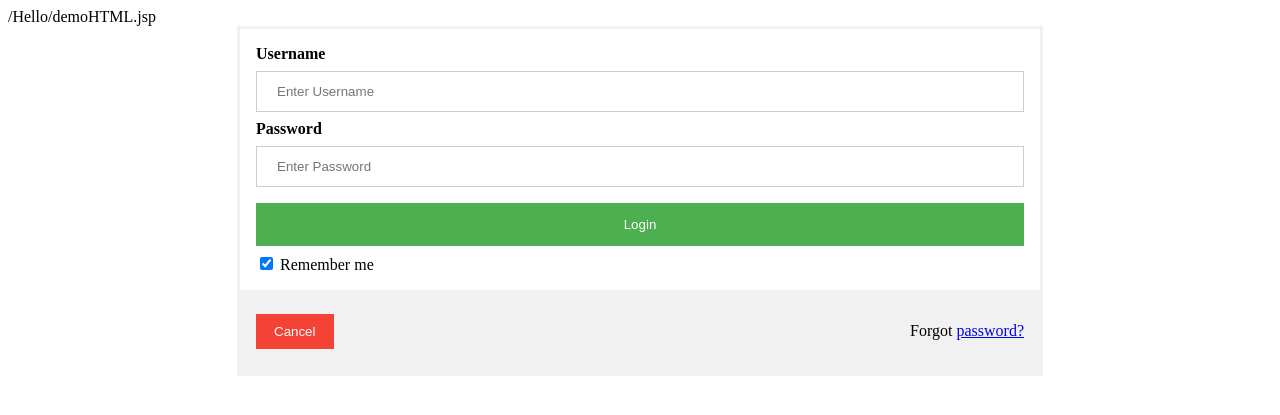
Repository: daihieptn97/JSP
Page: http://localhost/Hello/demo
The author's editor kept a copy of each file at every save. The page is drawn from the files as they stood at one save, then again after the next save.
The browser window is 1280 px wide. The pictures show the whole page.
The page is served by Tomcat 9. Other server files are loaded and not shown.

Above is the page before, as saved 2019-08-22 13:53:35.

### Hello/WebContent/demoHTML.jsp
<%@ page language="java" contentType="text/html; charset=UTF-8"
	pageEncoding="UTF-8"%>
<!DOCTYPE html>
<html>
<head>
<meta charset="UTF-8">
<title>Insert title here</title>
<style>
/* Bordered form */
form {
  border: 3px solid #f1f1f1;
}

/* Full-width inputs */
input[type=text], input[type=password] {
  width: 100%;
  padding: 12px 20px;
  margin: 8px 0;
  display: inline-block;
  border: 1px solid #ccc;
  box-sizing: border-box;
}

/* Set a style for all buttons */
button {
  background-color: #4CAF50;
  color: white;
  padding: 14px 20px;
  margin: 8px 0;
  border: none;
  cursor: pointer;
  width: 100%;
}

/* Add a hover effect for buttons */
button:hover {
  opacity: 0.8;
}

/* Extra style for the cancel button (red) */
.cancelbtn {
  width: auto;
  padding: 10px 18px;
  background-color: #f44336;
}

/* Center the avatar image inside this container */
.imgcontainer {
  text-align: center;
  margin: 24px 0 12px 0;
}

/* Avatar image */
img.avatar {
  width: 40%;
  border-radius: 50%;
}

/* Add padding to containers */
.container {
  padding: 16px;
}

/* The "Forgot password" text */
span.psw {
  float: right;
  padding-top: 16px;
}

/* Change styles for span and cancel button on extra small screens */
@media screen and (max-width: 300px) {
  span.psw {
    display: block;
    float: none;
  }
  .cancelbtn {
    width: 100%;
  }
}
</style>
</head>

<body>
	<%= request.getRequestURI() %>
	<form action="Demo" style="width: 800px; margin: auto">
		  <div class="container">
		    <label for="uname"><b>Username</b></label>
		    <input type="text" placeholder="Enter Username" name="uname" required>

		    <label for="psw"><b>Password</b></label>
		    <input type="password" placeholder="Enter Password" name="psw" required>

		    <button type="submit">Login</button>
		    <label>
		      <input type="checkbox" checked="checked" name="remember"> Remember me
		    </label>
		  </div>

		  <div class="container" style="background-color:#f1f1f1">
		    <button type="button" class="cancelbtn">Cancel</button>
		    <span class="psw">Forgot <a href="#">password?</a></span>
		  </div>
	</form>

</body>

</html>

### Hello/src/com/servelet/Demo.java
package com.servelet;

import java.io.IOException;

import javax.servlet.RequestDispatcher;
import javax.servlet.ServletConfig;
import javax.servlet.ServletException;
import javax.servlet.annotation.WebServlet;
import javax.servlet.http.HttpServlet;
import javax.servlet.http.HttpServletRequest;
import javax.servlet.http.HttpServletResponse;

/**
 * Servlet implementation class Demo
 */
@WebServlet("/Demo")
public class Demo extends HttpServlet {
	private static final long serialVersionUID = 1L;

	/**
	 * @see HttpServlet#HttpServlet()
	 */
	public Demo() {
		super();
		// TODO Auto-generated constructor stub
	}

	/**
	 * @see Servlet#init(ServletConfig)
	 */
	public void init(ServletConfig config) throws ServletException {
		// TODO Auto-generated method stub
	}

	/**
	 * @see Servlet#destroy()
	 */
	public void destroy() {
		// TODO Auto-generated method stub
	}

	/**
	 * @see Servlet#getServletInfo()
	 */
	public String getServletInfo() {
		// TODO Auto-generated method stub
		return null;
	}

	/**
	 * @see HttpServlet#doGet(HttpServletRequest request, HttpServletResponse
	 *      response)
	 */
	protected void doGet(HttpServletRequest request, HttpServletResponse response)
			throws ServletException, IOException {
		// TODO Auto-generated method stub
		String products = "hahahaah";
		request.setAttribute("products", products);
		RequestDispatcher rq = request.getRequestDispatcher("demoHTML.jsp");
		rq.forward(request, response);

//		response.getWriter().append("Served at: ").append(request.getContextPath());
	}

	/**
	 * @see HttpServlet#doPost(HttpServletRequest request, HttpServletResponse
	 *      response)
	 */
	protected void doPost(HttpServletRequest request, HttpServletResponse response)
			throws ServletException, IOException {
		// TODO Auto-generated method stub
		doGet(request, response);
	}

	/**
	 * @see HttpServlet#doPut(HttpServletRequest, HttpServletResponse)
	 */
	protected void doPut(HttpServletRequest request, HttpServletResponse response)
			throws ServletException, IOException {
		// TODO Auto-generated method stub
	}

	/**
	 * @see HttpServlet#doDelete(HttpServletRequest, HttpServletResponse)
	 */
	protected void doDelete(HttpServletRequest request, HttpServletResponse response)
			throws ServletException, IOException {
		// TODO Auto-generated method stub
	}

}

After the next save:
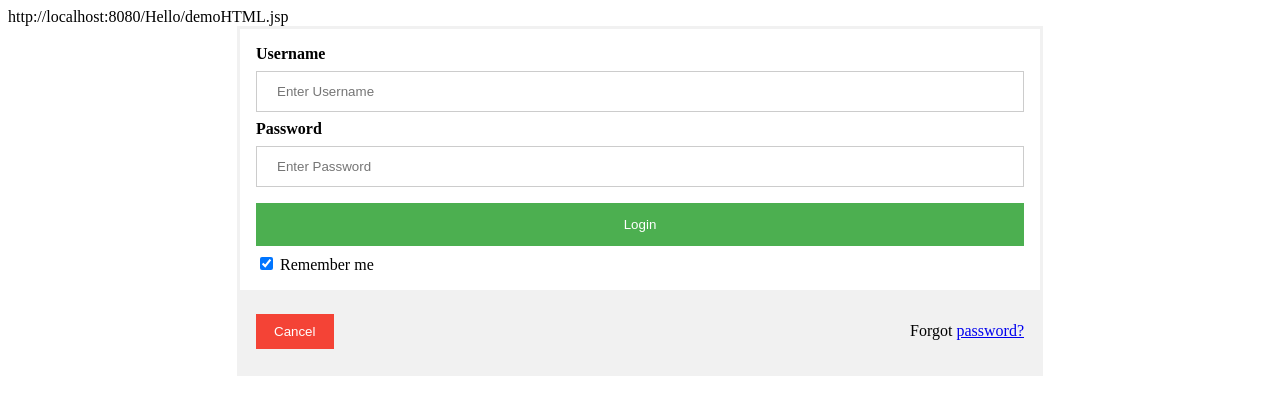
Saved 13 s later.
--- a/Hello/WebContent/demoHTML.jsp
+++ b/Hello/WebContent/demoHTML.jsp
@@ -81,7 +81,7 @@ span.psw {
 </head>
 
 <body>
-	<%= request.getRequestURI() %>
+	<%= request.getRequestURL() %>
 	<form action="Demo" style="width: 800px; margin: auto">
 		  <div class="container">
 		    <label for="uname"><b>Username</b></label>
